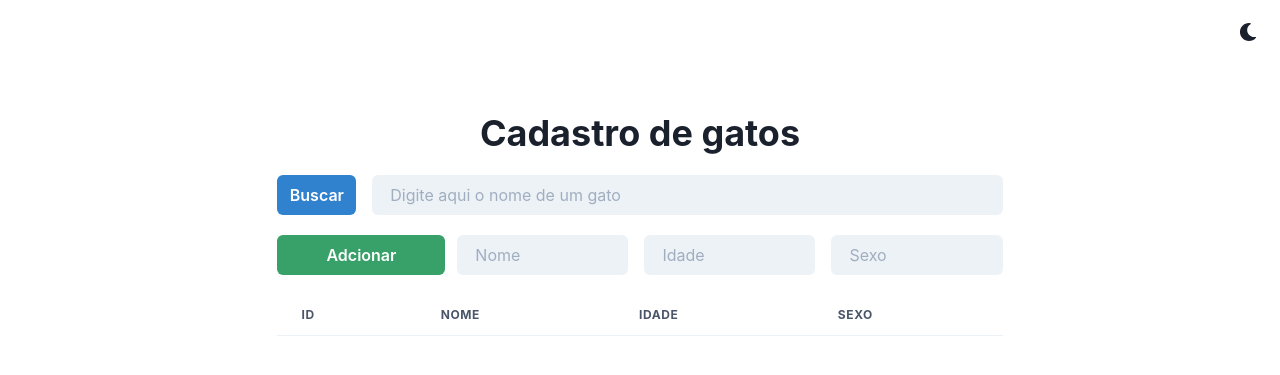
Repository: thislucasme/front-end-cats-react.js
Page: /
An editor plug-in stored every save of this project. The page is shown before and after the next save, followed by the edit.
The browser window is 1280 px wide. The pictures show the whole page.
The page's requests for data from a server got no answer. The project was rebuilt for these pictures with package versions that can differ from the ones it lists, and the page was loaded fresh each time. No one was signed in, and anything a server would have sent is missing.

Above is the page before, as saved 2021-10-27 08:29:57.

After the next save:
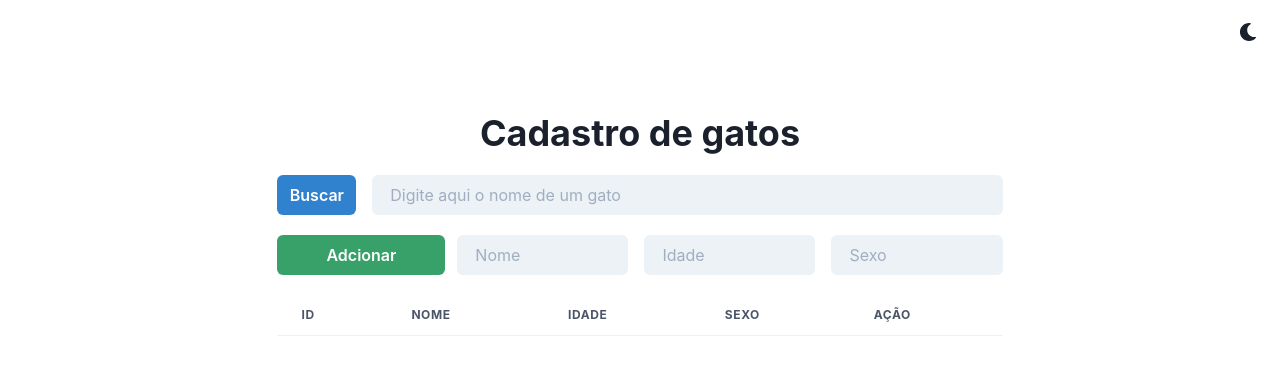
Saved 55 s later.
--- a/src/App.tsx
+++ b/src/App.tsx
@@ -99,7 +99,8 @@ export const App = () => {
                   <Th>ID</Th>
                   <Th>Nome</Th>
                   <Th>Idade</Th>
-                  <Th>Sexo</Th>
+                    <Th>Sexo</Th>
+                    <Th>Ação</Th>
                 </Tr>
               </Thead>
                 <Tbody>
@@ -108,7 +109,8 @@ export const App = () => {
                      <Td>{ res.idGato}</Td>
                      <Td>{ res.nome}</Td>
                       <Td>{ res.idade}</Td>
-                     <Td>{res.sexo}<Button ml={4} variant={"ghost"}><Image src="https://i.ibb.co/89zmrZs/delete.png"/></Button></Td>
+                     <Td>{res.sexo}</Td>
+                     <Td><Button ml={4} variant={"ghost"}><Image src="https://i.ibb.co/89zmrZs/delete.png"/></Button></Td>
                       </Tr>
                  )).reverse()}
 
